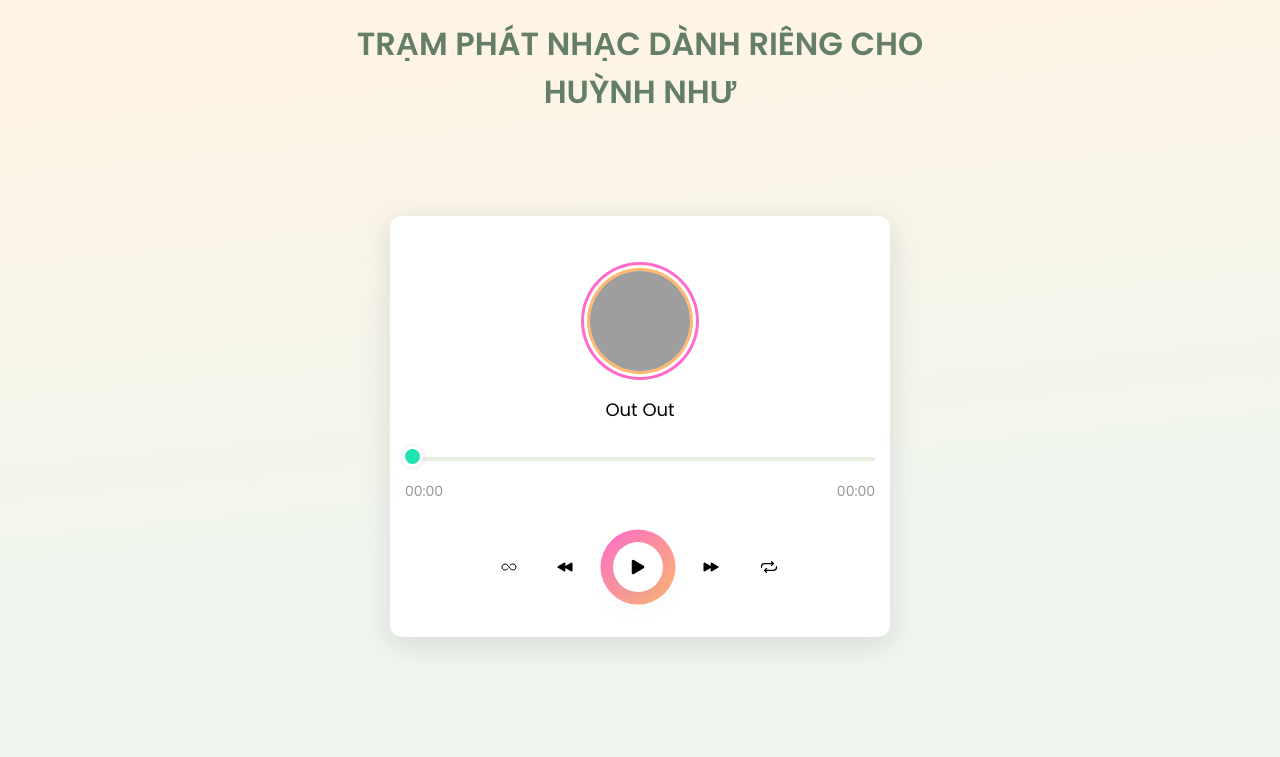
Repository: VuTuanAnh0949/Mp3
Page: index.html
These files come from the project's save history. The page is drawn as it stood at one moment and after the next save; the edit follows.
The browser window is 1280 px wide. The pictures show the whole page.
Pictures or frames that could not be fetched are drawn as grey boxes.

Above is the page before, as saved 2022-09-25 15:02:28.

### index.html
<!DOCTYPE html>
<html lang="en">

<head>
    <meta charset="UTF-8">
    <meta http-equiv="X-UA-Compatible" content="IE=edge">
    <meta name="viewport" content="width=device-width, initial-scale=1.0">
    <link rel="stylesheet" href="app.css">
    <link rel="preconnect" href="https://fonts.googleapis.com">
    <link rel="preconnect" href="https://fonts.gstatic.com" crossorigin>
    <link href="https://fonts.googleapis.com/css2?family=Poppins:wght@300;400;600&family=Roboto:ital,wght@0,300;1,300&display=swap" rel="stylesheet">
    <title>MP3</title>
    <script type="module" src="https://unpkg.com/ionicons@5.5.2/dist/ionicons/ionicons.esm.js"></script>
    <script nomodule src="https://unpkg.com/ionicons@5.5.2/dist/ionicons/ionicons.js"></script>
</head>

<body>
    <div class="title">
        <h1>TRẠM PHÁT NHẠC DÀNH RIÊNG CHO </h1>
        <h1 id="especially">HUỲNH NHƯ</h1>
    </div>
    <div class="music">
        <div class="music-thumb">
            <img src="https://unsplash.com/blog/content/images/size/w1600/2022/06/jon-anders-dalan-9jSe9ZIFtGw-unsplash.jpg" alt="">
        </div>
        <h3 class="music-name">The Night</h3>
        <input type="range" name="range" id="range" class="range">
        <audio src="./music/nhabangiau.mp3" id="song"></audio>
        <div class="timer">
            <div class="duration">2:10</div>
            <div class="remaining">-3:10</div>
        </div>
        <div class="controls">
            <ion-icon name="infinite-outline" class="play-infinite"></ion-icon>
            <ion-icon name="play-back" class="play-back"></ion-icon>
            <div class="play">
                <div class="player-inner">
                    <ion-icon name="play" class="play-icon"></ion-icon>
                </div>
            </div>
            <ion-icon name="play-forward" class="play-forward"></ion-icon>
            <ion-icon name="repeat-outline" class="play-repeat"></ion-icon>
        </div>
    </div>

<script src="./app.js"></script>

</body>

</html>

### app.css
html {
    box-sizing: border-box;
  }
  * {
    margin: 0;
    padding: 0;
  }
  *,
  *:before,
  *:after {
    box-sizing: border-box;
  }
  input,
  textarea,
  select,
  button {
    outline: none;
  }
  input {
    line-height: normal;
  }
  label,
  button {
    cursor: pointer;
  }
  a {
    text-decoration: none;
  }
  img {
    display: block;
    max-width: 100%;
  }
  body {
    font-family: "Poppins", sans-serif;
    padding: 20px;
    max-width: 1000vh;
    max-height: 1000vh;
    background-image: linear-gradient( 174.2deg,  rgba(255,244,228,1) 7.1%, rgba(240,246,238,1) 67.4% );
   background-size: cover;
  }
 .title{
  color:#647E68;
  display: inline;
  align-items: center;
  justify-content: center;;
  text-align: center;;
 }
 #especially{
  text-decoration: ;
 }
  .music {
    max-width: 500px;
    margin: 100px auto;
    border-radius: 12px;
    background-color: white;
    box-shadow: rgba(100, 100, 111, 0.2) 0px 7px 29px 0px;
    padding: 55px 15px 45px;
  }
  .music-thumb {
    width: 100px;
    height: 100px;
    margin: 0 auto 25px;
  }
  .music-thumb.is-playing {
    animation: spinner 5s infinite linear;
  }
  .music-thumb img {
    width: 100%;
    height: 100%;
    object-fit: cover;
    border-radius: 100rem;
    box-shadow: 0 0 0 3px #ffb86c, 0 0 0 6px white, 0 0 0 9px #ff6bcb;
  }
  .music-name {
    font-size: 18px;
    font-weight: 500;
    text-align: center;
    margin-bottom: 20px;
  }
  .timer {
    display: flex;
    justify-content: space-between;
    align-items: center;
    font-size: 14px;
    color: #999;
    margin-bottom: 40px;
  }
  .controls {
    display: flex;
    justify-content: center;
    align-items: center;
    gap: 0 40px;
  }
  .play {
    position: relative;
  }
  .play:before {
    content: "";
    position: absolute;
    inset: 0;
    background-image: linear-gradient(to right bottom, #ff6bcb, #ffb86c);
    transform: scale(1.5);
    border-radius: 100rem;
  }
  .player-inner {
    width: 50px;
    height: 50px;
    border-radius: 100rem;
    background-color: white;
    display: flex;
    justify-content: center;
    align-items: center;
    cursor: pointer;
    box-shadow: rgba(149, 157, 165, 0.2) 0px 8px 24px;
    font-size: 20px;
    position: relative;
    z-index: 2;
  }
  .play-repeat,
  .play-back,
  .play-forward {
    cursor: pointer;
  }
  .range {
    -webkit-appearance: none; /* Hides the slider so that custom slider can be made */
    width: 100%; /* Specific width is required for Firefox. */
    background: transparent; /* Otherwise white in Chrome */
    margin-bottom: 20px;
     background: chartreuse;
  }
  .range::-webkit-slider-runnable-track {
    width: 100%;
    height: 4px;
    background-color: #eeee;
  }
  .range::-webkit-slider-thumb {
    -webkit-appearance: none;
    background-color: #20e3b2;
    width: 15px;
    height: 15px;
    border-radius: 100rem;
    margin-top: -8px;
    box-shadow: 0 0 0 3px white, 0 0 0 6px rgba(100, 100, 111, 0.05);
  }
  @keyframes spinner {
    to {
      transform: rotate(360deg);
    }
  }
  .play-repeat {
    font-size: 20px;
  }

### app.js
const song = document.getElementById("song");
const playBtn = document.querySelector(".player-inner");
const nextBtn = document.querySelector(".play-forward");
const prevBtn = document.querySelector(".play-back");
const durationTime = document.querySelector(".duration")
const remainingTime = document.querySelector(".remaining")
const rangeBar = document.querySelector(".range");
const musicName = document.querySelector(".music-name");
const musicThumbnail = document.querySelector(".music-thumb");
const musicImage = document.querySelector(".music-thumb img");
const playRepeat = document.querySelector(".play-repeat");

let isPlaying = true;
let indexSong = 0;
let isRepeat = false;
/* const musics = ["thenight.mp3","nhabangiau.mp3","outout.mp3","moveyour.mp3"]; */
const musics =[
  {
    id: 1,
    title: "Out Out",
    file: "outout.mp3",
    image: "https://c4.wallpaperflare.com/wallpaper/545/756/905/anime-anime-girls-mask-simple-background-hd-wallpaper-thumb.jpg"
},
      {
          id: 2,
          title: "Nhà Bạn Giàu",
          file: "nhabangiau.mp3",
          image: "https://images.unsplash.com/photo-1495430288918-03be19c7c485?ixlib=rb-1.2.1&ixid=MnwxMjA3fDB8MHxwaG90by1wYWdlfHx8fGVufDB8fHx8&auto=format&fit=crop&w=387&q=80"
      },
      {
        id: 3,
        title: "The Night",
        file: "thenight.mp3",
        image: "https://images.unsplash.com/photo-1532767153582-b1a0e5145009?ixlib=rb-1.2.1&ixid=MnwxMjA3fDB8MHxwaG90by1wYWdlfHx8fGVufDB8fHx8&auto=format&fit=crop&w=387&q=80"
    },
    {
      id: 4,
      title: "Move Your..",
      file: "moveyour.mp3",
      image: "https://c4.wallpaperflare.com/wallpaper/663/420/862/car-purple-retrowave-landscape-wallpaper-thumb.jpg"
  }

]
let timer;
let repeatCount = 0;
playRepeat.addEventListener("click", function () {
  if (isRepeat) {
    isRepeat = false;
    playRepeat.removeAttribute("style");
  } else {
    isRepeat = true;
    playRepeat.style.color = "#ffb86c";
  }
});
nextBtn.addEventListener("click", function () {
  changeSong(1);
});
prevBtn.addEventListener("click", function () {
  changeSong(-1);
});
song.addEventListener("ended", handleEndedSong);
function handleEndedSong() {
  repeatCount++;
  if (isRepeat && repeatCount === 1) {
    // handle repeat song
    isPlaying = true;
    playPause();
  } else {
    changeSong(1);
  }
}
function changeSong(dir) {
    if (dir === 1) {
      // next song
      indexSong++;
      if (indexSong >= musics.length) {
        indexSong = 0;
      }
      isPlaying = true;
    } else if (dir === -1) {
      // prev song
      indexSong--;
      if (indexSong < 0) {
        indexSong = musics.length - 1;
      }
      isPlaying = true;
    }
    init(indexSong);
    // song.setAttribute("src", `./music/${musics[indexSong].file}`);
    playPause();
  }

  playBtn.addEventListener("click", playPause);
  function playPause() {
    if (isPlaying) {
      musicThumbnail.classList.add("is-playing");
      song.play();
      playBtn.innerHTML = `<ion-icon name="pause-circle"></ion-icon>`;
      isPlaying = false;
      timer = setInterval(displayTimer, 500);
    } else {
      musicThumbnail.classList.remove("is-playing");
      song.pause();
      playBtn.innerHTML = `<ion-icon name="play"></ion-icon>`;
      isPlaying = true;
      clearInterval(timer);
    }
  }
  function displayTimer() {
    const { duration, currentTime } = song;
    rangeBar.max = duration;
    rangeBar.value = currentTime;
    remainingTime.textContent = formatTimer(currentTime);
    if (!duration) {
      durationTime.textContent = "00:00";
    } else {
      durationTime.textContent = formatTimer(duration);
    }
  }
  function formatTimer(number) {
    const minutes = Math.floor(number / 60);
    const seconds = Math.floor(number - minutes * 60);
    return `${minutes < 10 ? "0" + minutes : minutes}:${
      seconds < 10 ? "0" + seconds : seconds
    }`;
  }
  rangeBar.addEventListener("change", handleChangeBar);
  function handleChangeBar() {
    song.currentTime = rangeBar.value;
  }
  function init(indexSong) {
    song.setAttribute("src", `./music/${musics[indexSong].file}`);
    musicImage.setAttribute("src", musics[indexSong].image);
    musicName.textContent = musics[indexSong].title;
  }
  displayTimer();
  init(indexSong);

After the next save:
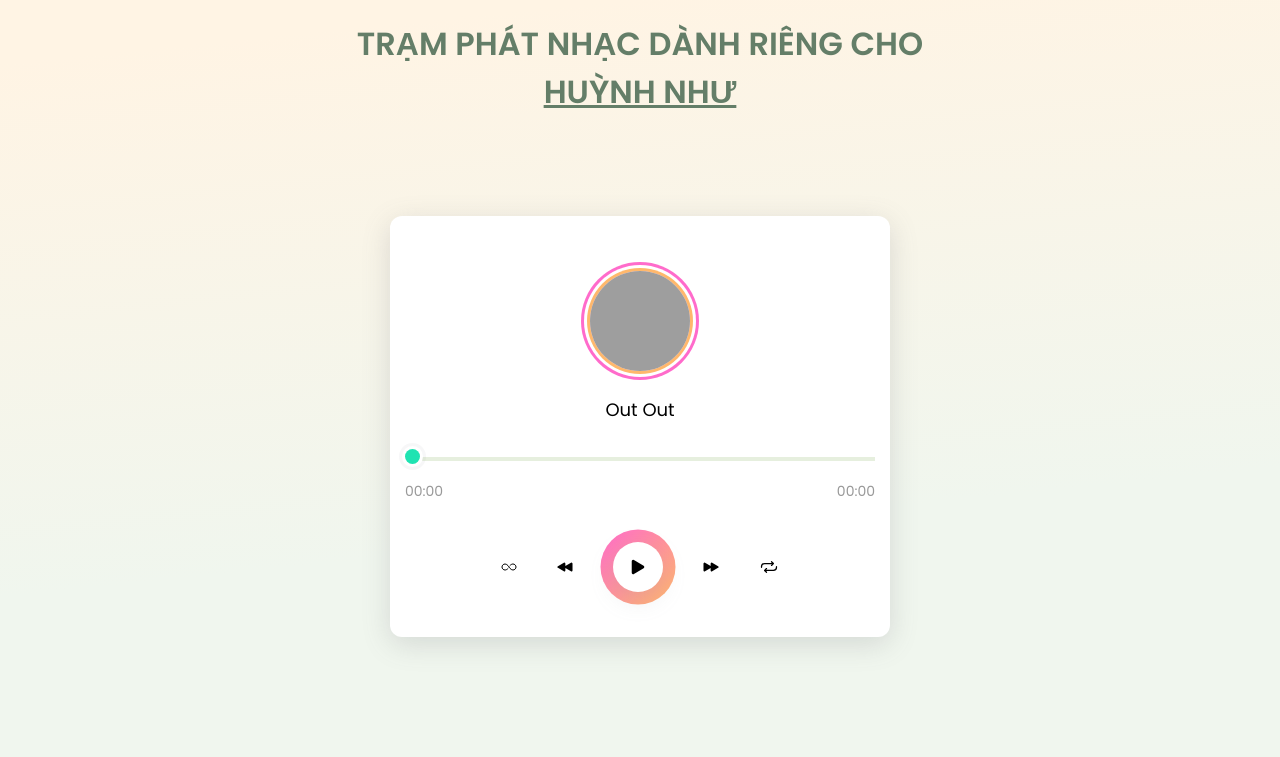
Saved 4 s later.
--- a/app.css
+++ b/app.css
@@ -46,7 +46,7 @@ html {
   text-align: center;;
  }
  #especially{
-  text-decoration: ;
+  text-decoration: underline;
  }
   .music {
     max-width: 500px;
